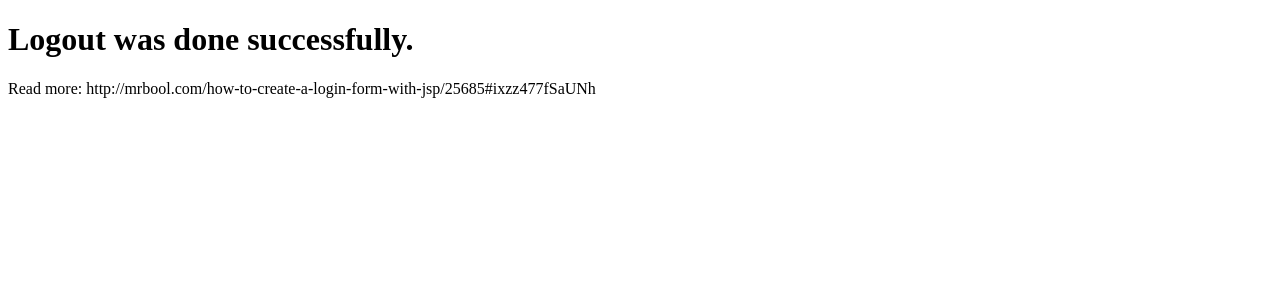
Repository: mawewatistel/PetitioningSystem
Page: http://localhost/testing/error.jsp
The author's editor kept a copy of each file at every save. The page is drawn from the files as they stood at one save, then again after the next save.
The browser window is 1280 px wide. The pictures show the whole page.
The page is served by Tomcat 9.

Above is the page before, as saved 2016-04-28 12:13:13.

After the next save:
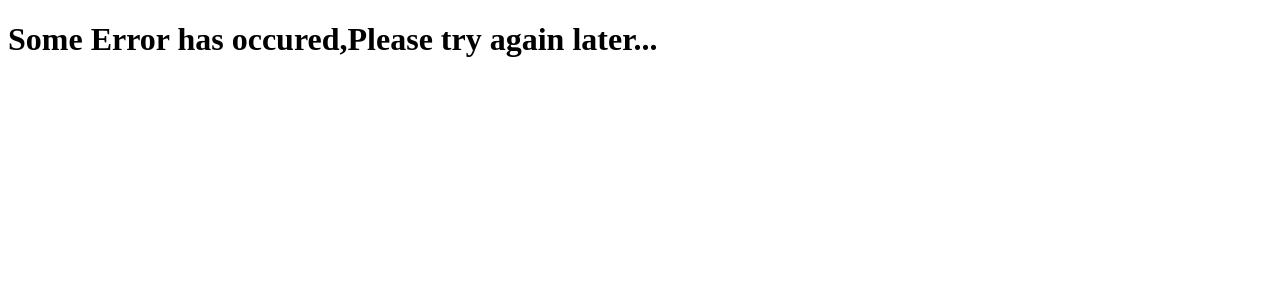
Saved 31 s later.
--- a/testing/WebContent/error.jsp
+++ b/testing/WebContent/error.jsp
@@ -7,8 +7,6 @@
 <title>Insert title here</title>
 </head>
 <body>
-<% session.removeAttribute("username"); session.removeAttribute("password"); session.invalidate(); %> <h1>Logout was done successfully.</h1>
-
-Read more: http://mrbool.com/how-to-create-a-login-form-with-jsp/25685#ixzz477fSaUNh
+<h1>Some Error has occured,Please try again later...</h1>
 </body>
 </html>
